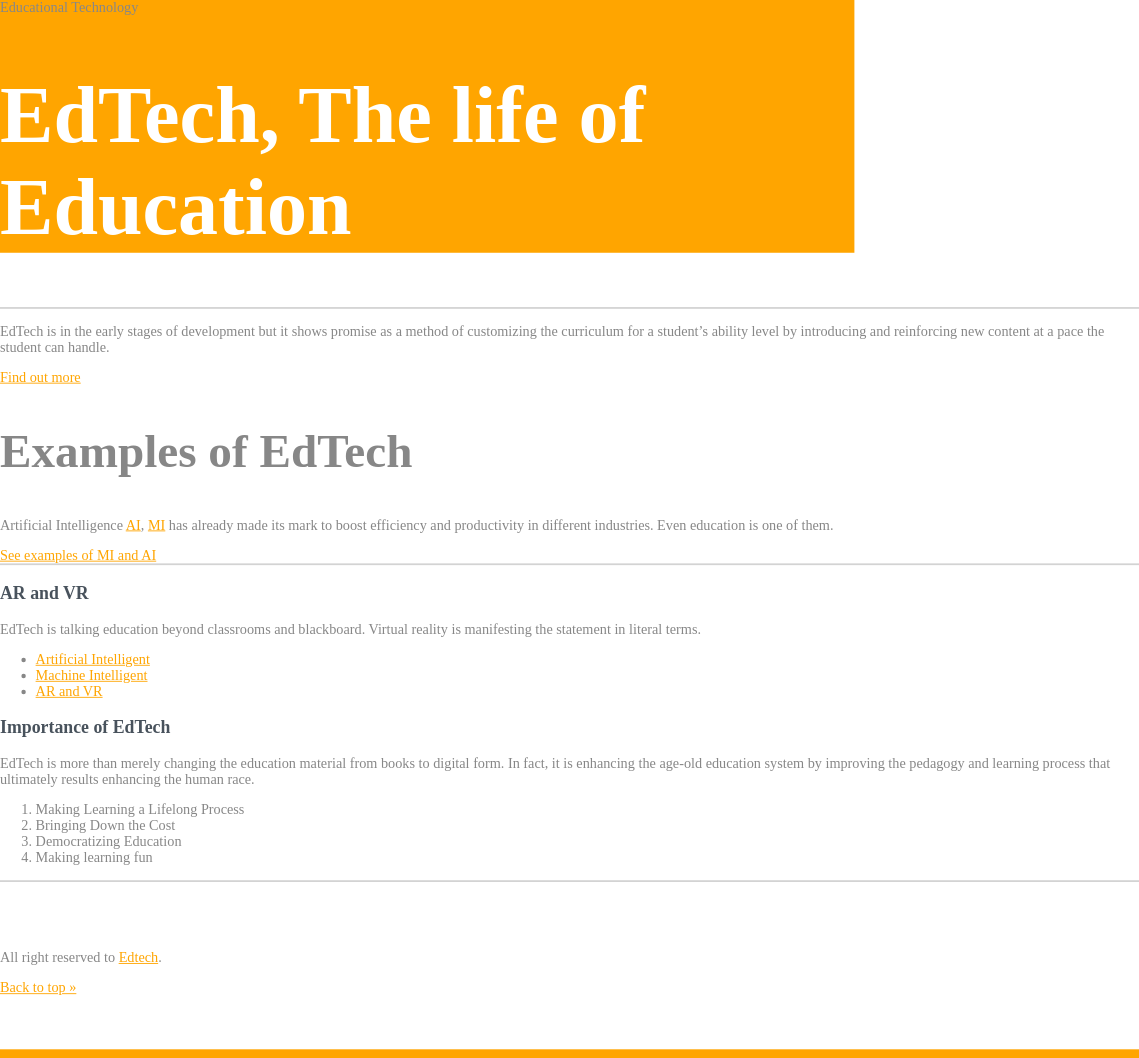
Repository: tunmishyi/edtech
Page: index.html
The author's editor kept a copy of each file at every save. The page is drawn from the files as they stood at one save, then again after the next save.
The browser window is 1280 px wide. The pictures show the whole page, at 89% of full size.

Above is the page before, as saved 2020-06-06 22:04:56.

After the next save:
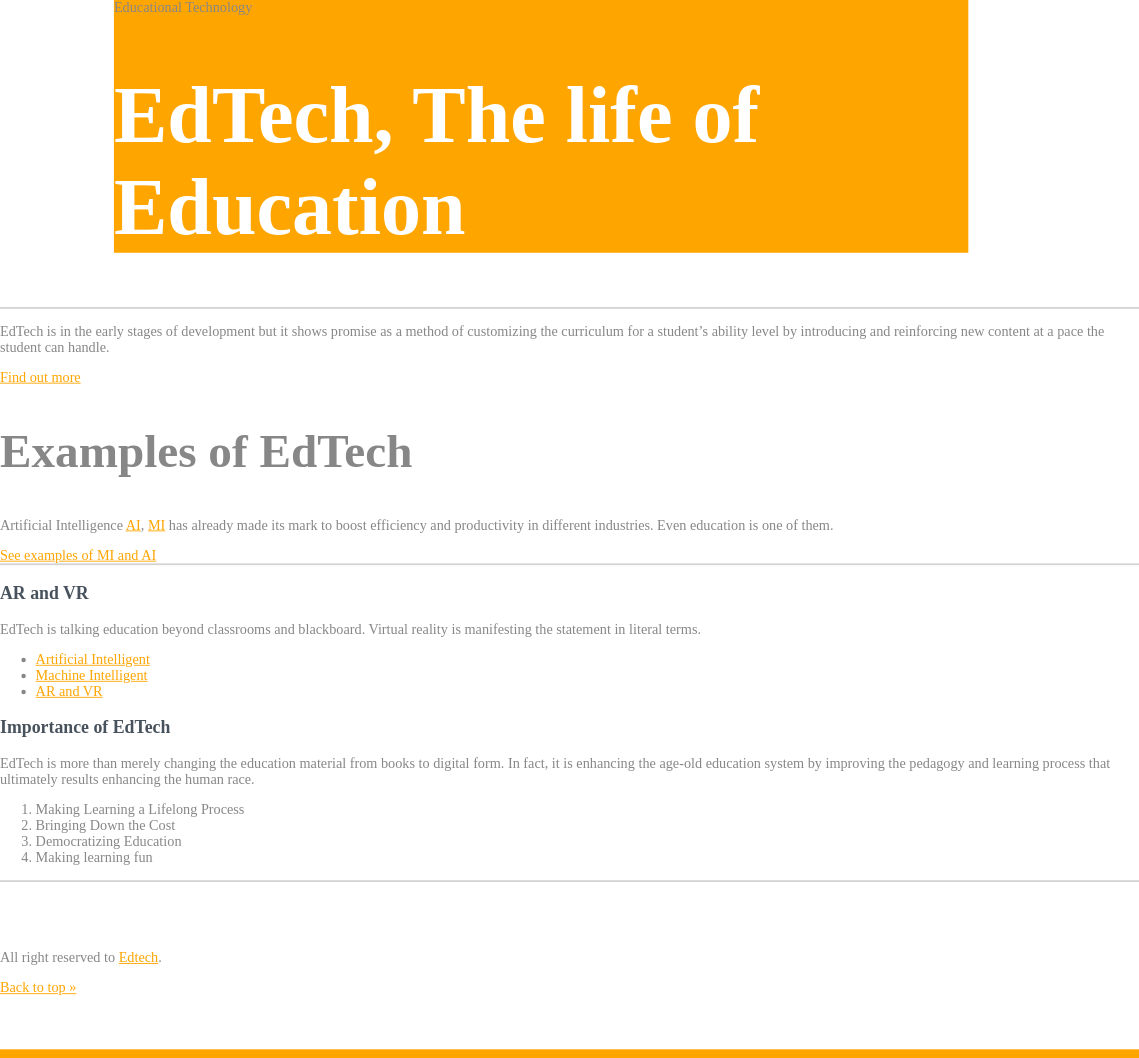
Saved 3 days later.
--- a/style.css
+++ b/style.css
@@ -33,6 +33,7 @@ h1 {
     .main-header {
         background-color: orange;
         width: 960px;
+        margin-left: 10%;
     }
 
     .title {
